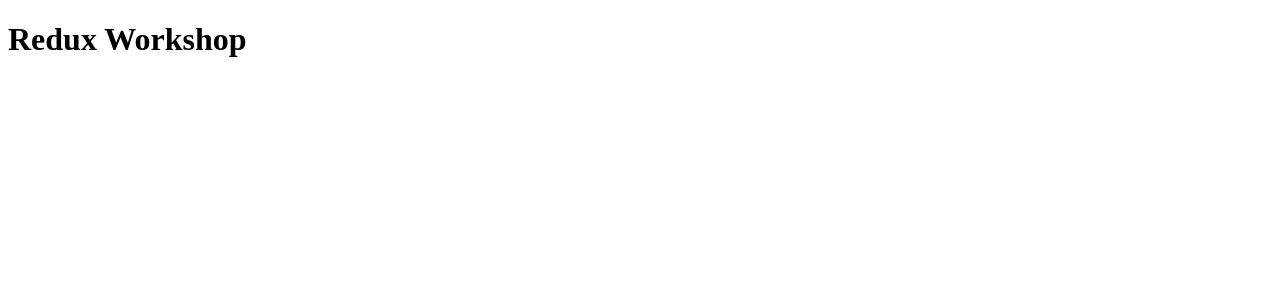
Repository: crisanlucid/workshop-react-sample
Page: public/workshop.html
An editor plug-in stored every save of this project. The page is shown before and after the next save, followed by the edit.
The browser window is 1280 px wide. The pictures show the whole page.

Above is the page before, as saved 2019-06-24 15:24:44.

After the next save:
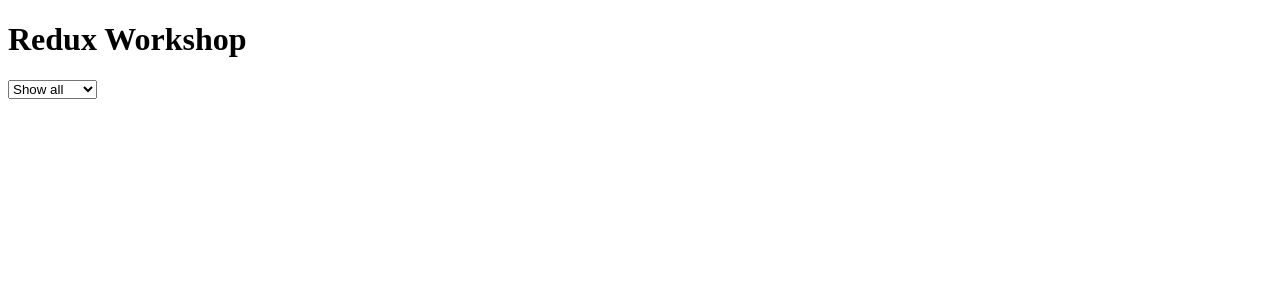
Saved 43 s later.
--- a/public/workshop.html
+++ b/public/workshop.html
@@ -9,6 +9,11 @@
   </head>
   <body>
     <h1 id="Title">Redux Workshop</h1>
+    <select id="filter-selector">
+        <option value="SHOW_ALL">Show all</option>
+        <option value="SHOW_TODO">Show todo</option>
+        <option value="SHOW_DONE">Show done</option>
+    </select>
 
 <script>
     //create Element Title
